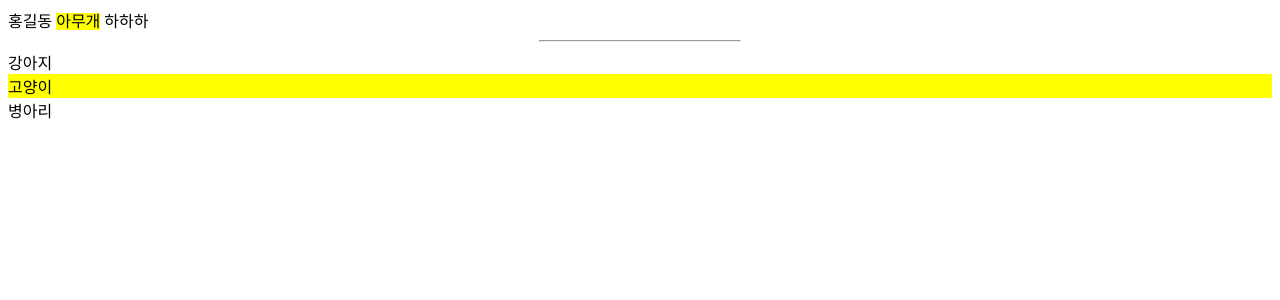
Repository: kmd192kmd/Web
Page: html/HtmlTest/src/main/webapp/ex11_tag.html
The author's editor kept a copy of each file at every save. The page is drawn from the files as they stood at one save, then again after a run of saves.
The browser window is 1280 px wide. The pictures show the whole page.

Above is the page before, as saved 2026-02-13 02:49:48.

### html/HtmlTest/src/main/webapp/ex11_tag.html
<!DOCTYPE html>
<html>
<head>
<meta charset="UTF-8">
<title>Insert title here</title>
<style>
	#f2, #d2{
		background-color: yellow;
	}
</style>
</head>
<body>

	<!--

		태그의 성질

		인라인 태그 vs 블럭 태그
		- 모든 태그는 두 분류 중 하나에 속한다.
		- 태그가 랜더링(Rendering,출력)될 때 나타나는 특징에 따른 분류

		인라인 태그, Inline Tag
		- 결과: 자신의 내용물과 앞뒤로 인접한 다른 태그의 내용물을 같은 라인에 출력한다.
		- 원인:
			- 자신 영역의 너비가 항상 내용물의 너비와 같다.
			- 자신 영역의 높이가 항상 내용물의 높이와 같다.
		- 출력되는 내용물 역할

		블럭 태그, Block Tag
		- 결과: 자신의 내용물과 앞뒤로 인접한 다른 태그의 내용물을 다른 라인에 출력한다.
		- 원인:
			- 자신 영역의 너비가 항상 100%이다.(내용물 무관)
			- 자신 영역의 높이가 항상 내용물의 높이와 같다.
		- 출력되는 구조 역할 > 레이아웃


		태그 중첩 규칙
		1. 블럭 태그는 자식으로 다른 블럭 태그를 가질 수 있다.
		2. 블럭 태그는 자식으로 다른 인라인 태그를 가질 수 있다.
		3. 인라인 태그는 자식으로 다른 블럭 태그를 가질 수 없다.(*****)
		4. 인라인 태그는 자식으로 다른 인라인 태그를 가질 수 있다.

	 -->

	<!-- <font>폰트</font>
	<a href="">링크</a>
	<b>볼드체</b>

	<hr>

	<p>문단</p>
	<h1>제목</h1>
	<div>영역</div>
	 -->

	<font>홍길동</font>
	<font id="f2">아무개</font>
	<font>하하하</font>

	<hr width="200">

	<div>강아지</div>
	<div id="d2">고양이</div>
	<div>병아리</div>

</body>
</html>

After the next 2 saves:
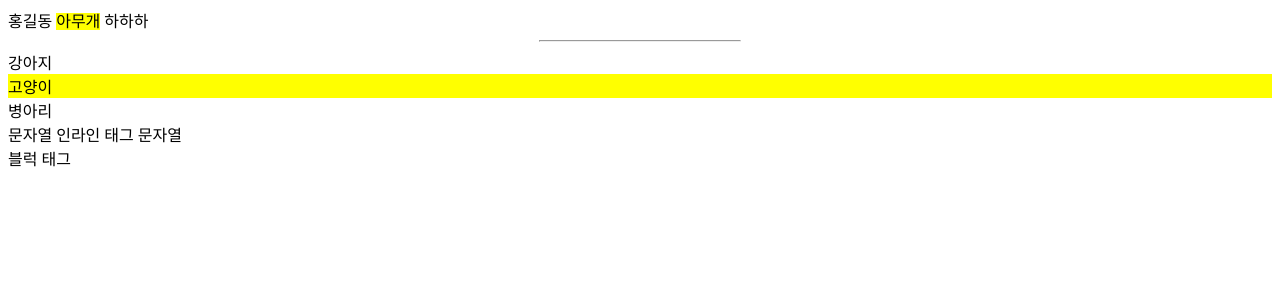
The 2 saves are shown as one change because they came seconds apart.
The last was saved 15 min 30 s later.
--- a/html/HtmlTest/src/main/webapp/ex11_tag.html
+++ b/html/HtmlTest/src/main/webapp/ex11_tag.html
@@ -63,5 +63,13 @@
 	<div id="d2">고양이</div>
 	<div>병아리</div>
 
+
+	<div>
+		문자열
+		<font>인라인 태그</font>
+		문자열
+		<div>블럭 태그</div>
+	</div>
+
 </body>
 </html>
